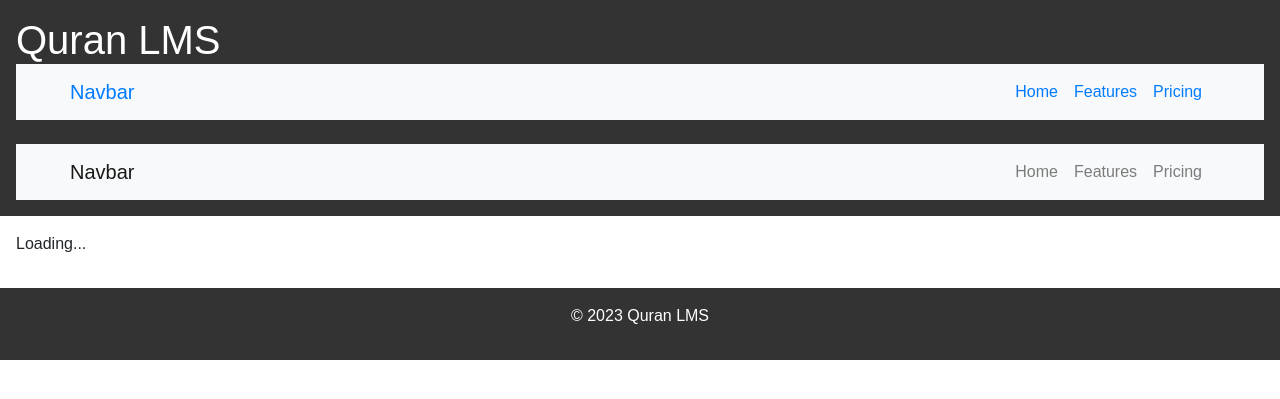
Repository: talha-mahmood/Quran-Lms-react
Page: /
The author's editor kept a copy of each file at every save. The page is drawn from the files as they stood at one save, then again after a run of saves.
The browser window is 1280 px wide. The pictures show the whole page.
The page's requests for data from a server got no answer. The project was rebuilt for these pictures with package versions that can differ from the ones it lists, and the page was loaded fresh each time. No one was signed in, and anything a server would have sent is missing.

Above is the page before, as saved 2023-03-08 00:58:58.

After the next 2 saves:
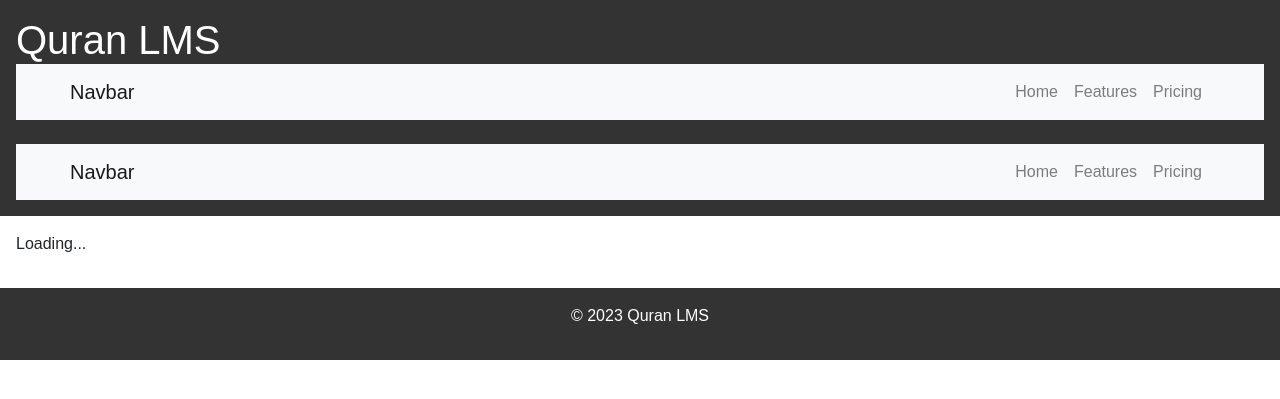
The 2 saves are shown as one change because they came seconds apart.
The last was saved 8 s later.
--- a/src/App.js
+++ b/src/App.js
@@ -25,7 +25,7 @@ class QuranLMS extends Component {
         <header>
           <h1>Quran LMS</h1>
           <div>
-          <Navbar bg="light" variant="Light">
+          <Navbar bg="light" variant="light">
         <Container>
           <Navbar.Brand href="#home">Navbar</Navbar.Brand>
           <Nav className="me-auto">
